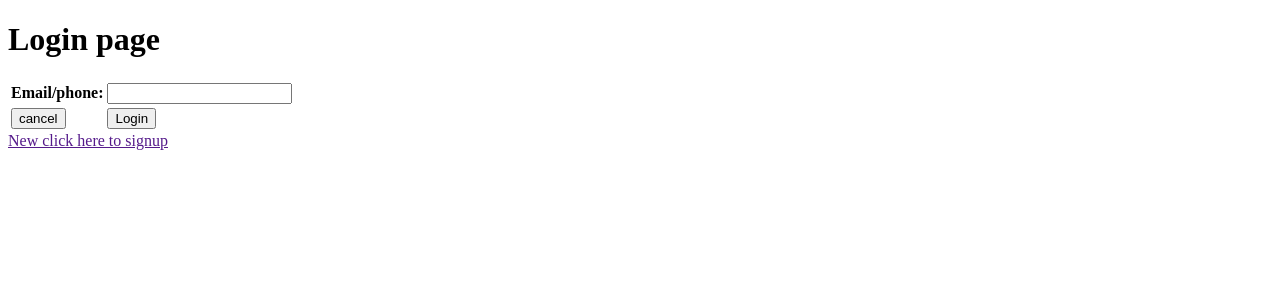
Repository: Sindhusrinivas25/Spring_calculator-project
Page: http://localhost/mvc_signup_login/login.jsp
These files come from the project's save history. The page is drawn as it stood at one moment and after the next save; the edit follows.
The browser window is 1280 px wide. The pictures show the whole page.
The page is served by Tomcat 9. Other server files are loaded and not shown.

Above is the page before, as saved 2023-02-11 12:35:49.

### mvc_signup_login/src/main/webapp/login.jsp
<%@ page language="java" contentType="text/html; charset=ISO-8859-1"
    pageEncoding="ISO-8859-1"%>
<!DOCTYPE html>
<html>
<head>
<meta charset="ISO-8859-1">
<title>Login</title>
</head>
<body>
<h1>Login page</h1>
<form action="">
<table>
<tr>
<th>Email/phone:</th>
<td> <input type="password" name="pwd"></td>
</tr>
<tr>
<td><button type="reset">cancel</button>
<td><button>Login</button></td>
</tr>
</table>
</form>
<a href="">New click here to signup</a>




</body>
</html>

After the next save:
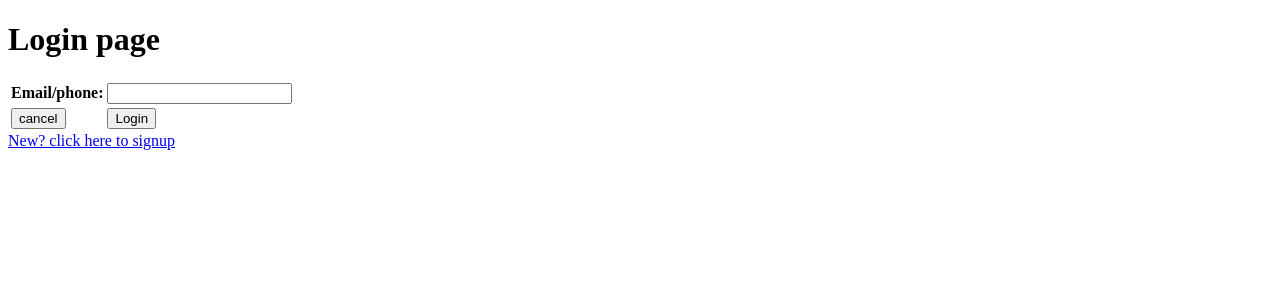
Saved 3 min 20 s later.
--- a/mvc_signup_login/src/main/webapp/login.jsp
+++ b/mvc_signup_login/src/main/webapp/login.jsp
@@ -20,7 +20,7 @@
 </tr>
 </table>
 </form>
-<a href="">New click here to signup</a>
+<a href="Load">New? click here to signup</a>
 
 
 
